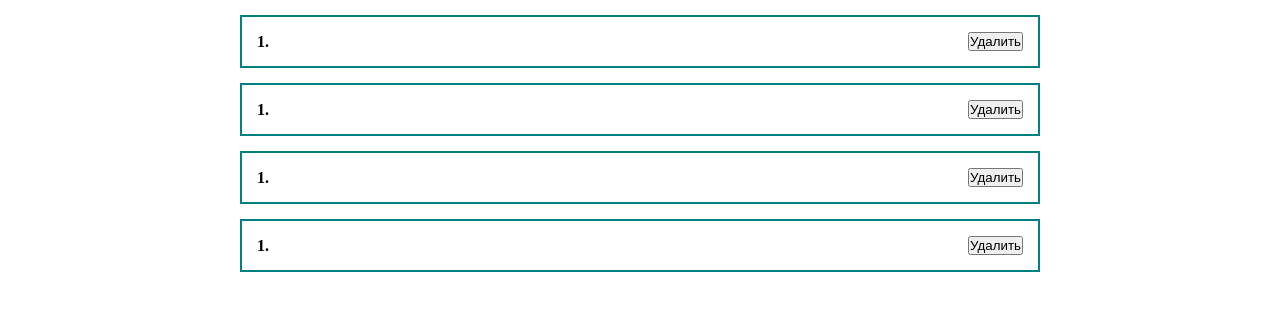
Repository: otvertka/ulb2_react
Page: / (app in jk_project/)
An editor plug-in stored every save of this project. The page is shown before and after a run of saves, followed by the edit.
The browser window is 1280 px wide. The pictures show the whole page.
The project was rebuilt for these pictures with package versions that can differ from the ones it lists, and the page was loaded fresh each time. Also part of the build but not shown: jk_project/src/component/Counter.jsx, jk_project/src/component/ClassCounter.jsx.

Above is the page before, as saved 2023-09-08 11:01:04.

After the next 3 saves:
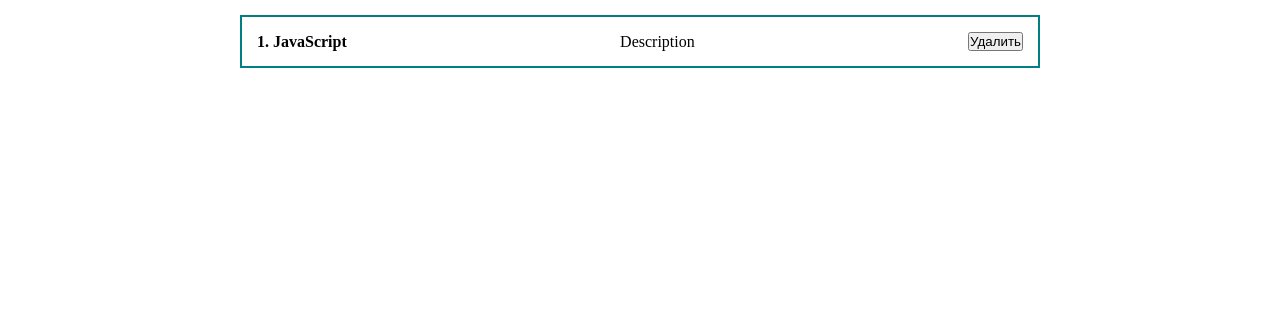
The 3 saves are shown as one change because 2 did not build or start.
The last was saved 52 s later.
--- a/jk_project/src/App.js
+++ b/jk_project/src/App.js
@@ -11,9 +11,6 @@ function App() {
   return (
     <div className="App">
       <PostItem post={{ id: 1, title: "JavaScript", body: "Description" }} />
-      <PostItem />
-      <PostItem />
-      <PostItem />
     </div>
   );
 }
--- a/jk_project/src/component/PostItem.jsx
+++ b/jk_project/src/component/PostItem.jsx
@@ -6,9 +6,9 @@ const PostItem = (props) => {
     <div>
       <div className="post">
         <div className="post__content">
-          <strong>1. {props.title}</strong>
+          <strong>1. {props.post.title}</strong>
         </div>
-        <div>{props.body}</div>
+        <div>{props.post.body}</div>
         <div className="post__btns">
           <button>Удалить</button>
         </div>
